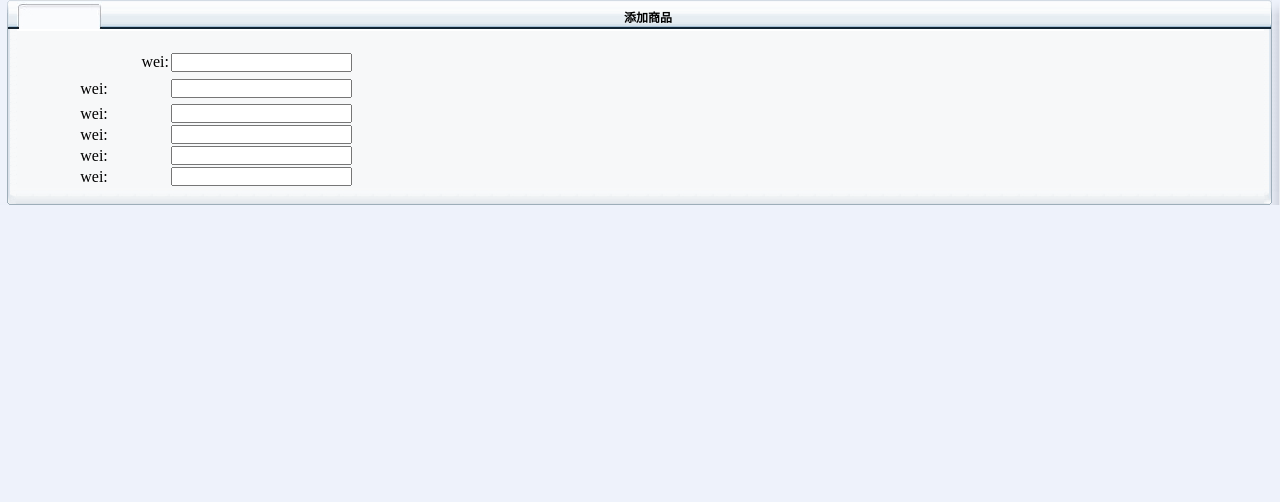
Repository: wzhcxw/shop
Page: ShopOnline/WebContent/admin/addsku.html
An editor plug-in stored every save of this project. The page is shown before and after the next save, followed by the edit.
The browser window is 1280 px wide. The pictures show the whole page.

Above is the page before, as saved 2014-09-25 23:57:35.

After the next save:
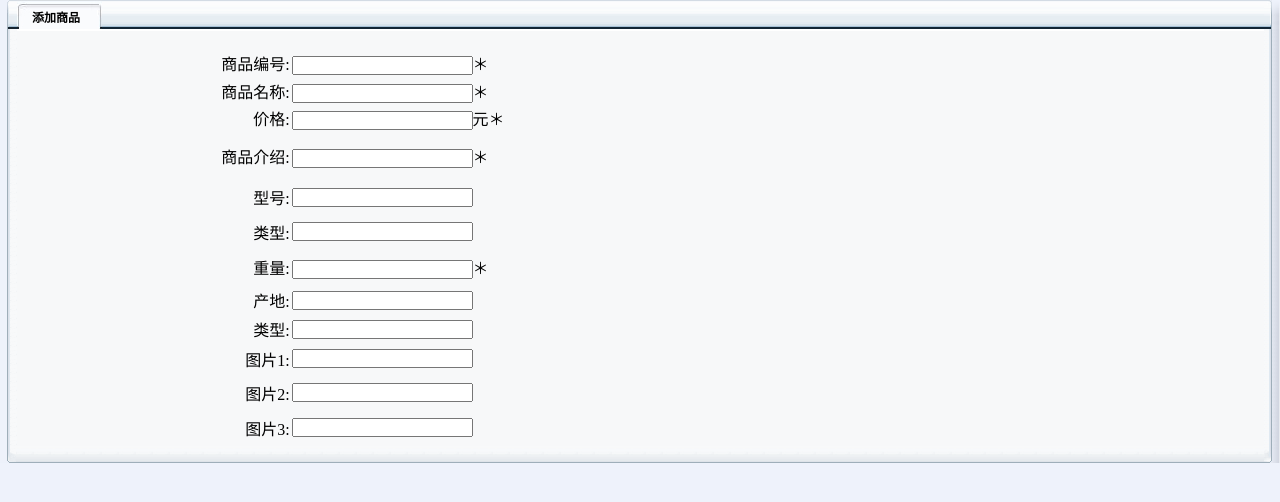
Saved 11 min 57 s later.
--- a/ShopOnline/WebContent/admin/addsku.html
+++ b/ShopOnline/WebContent/admin/addsku.html
@@ -29,7 +29,7 @@ background-color: #EEF2FB;
 
 <style type="text/css">
 *{margin:0;padding:0;}
-tr{text-align:center;}
+tr{}
 .tal{text-align:right;}
 </style>
 <body>
@@ -50,33 +50,55 @@ tr{text-align:center;}
 
 <body  id= mainbody  >
  	<br>
-
-	<table width="337">
+	<table width="628">
         <tr >
-        	<td  class="tal" width="279" height="22">wei:</td>
-           <td width="46"><input width="50"></input></td>
+        	<td  class="tal" width="268" height="22">商品编号:</td>
+           <td width="348"><input width="100"></input>＊</td>
         </tr>
-            <tr>
-        	<td height="27">wei:</td>
+                <tr>
+        	<td class="tal"  height="27">商品名称:</td>
+           <td><input width="200"></input>＊</td>
+        </tr>
+                <tr>
+        	<td class="tal"  >价格:</td>
+           <td><input width="50">元＊</input></td>
+        </tr>
+                <tr>
+        	<td height="48" class="tal"  >商品介绍:</td>
+           <td><input width="350" height="100">＊</input></td>
+        </tr>
+                <tr>
+        	<td height="30" class="tal"  >型号:</td>
            <td><input width="50"></input></td>
         </tr>
                 <tr>
-        	<td>wei:</td>
+        	<td height="35" class="tal"  >类型:</td>
            <td><input width="50"></input></td>
         </tr>
-                <tr>
-        	<td>wei:</td>
+                        <tr>
+        	<td height="32" class="tal"  >重量:</td>
+           <td><input width="50">＊</input></td>
+        </tr>
+                        <tr>
+        	<td height="30" class="tal"  >产地:</td>
            <td><input width="50"></input></td>
         </tr>
-                <tr>
-        	<td>wei:</td>
+                        <tr>
+        	<td class="tal"  >类型:</td>
            <td><input width="50"></input></td>
         </tr>
-                <tr>
-        	<td>wei:</td>
-           <td><input width="50"></input></td>
+         <tr>
+        	<td height="31" class="tal"  >图片1:</td>
+           <td><input width="350"></input></td>
         </tr>
-
+                            <tr>
+        	<td height="33" class="tal"  >图片2:</td>
+           <td><input width="350"></input></td>
+        </tr>
+                                <tr>
+        	<td height="33" class="tal"  >图片3:</td>
+           <td><input width="350"></input></td>
+        </tr>
     </table>
 
 
